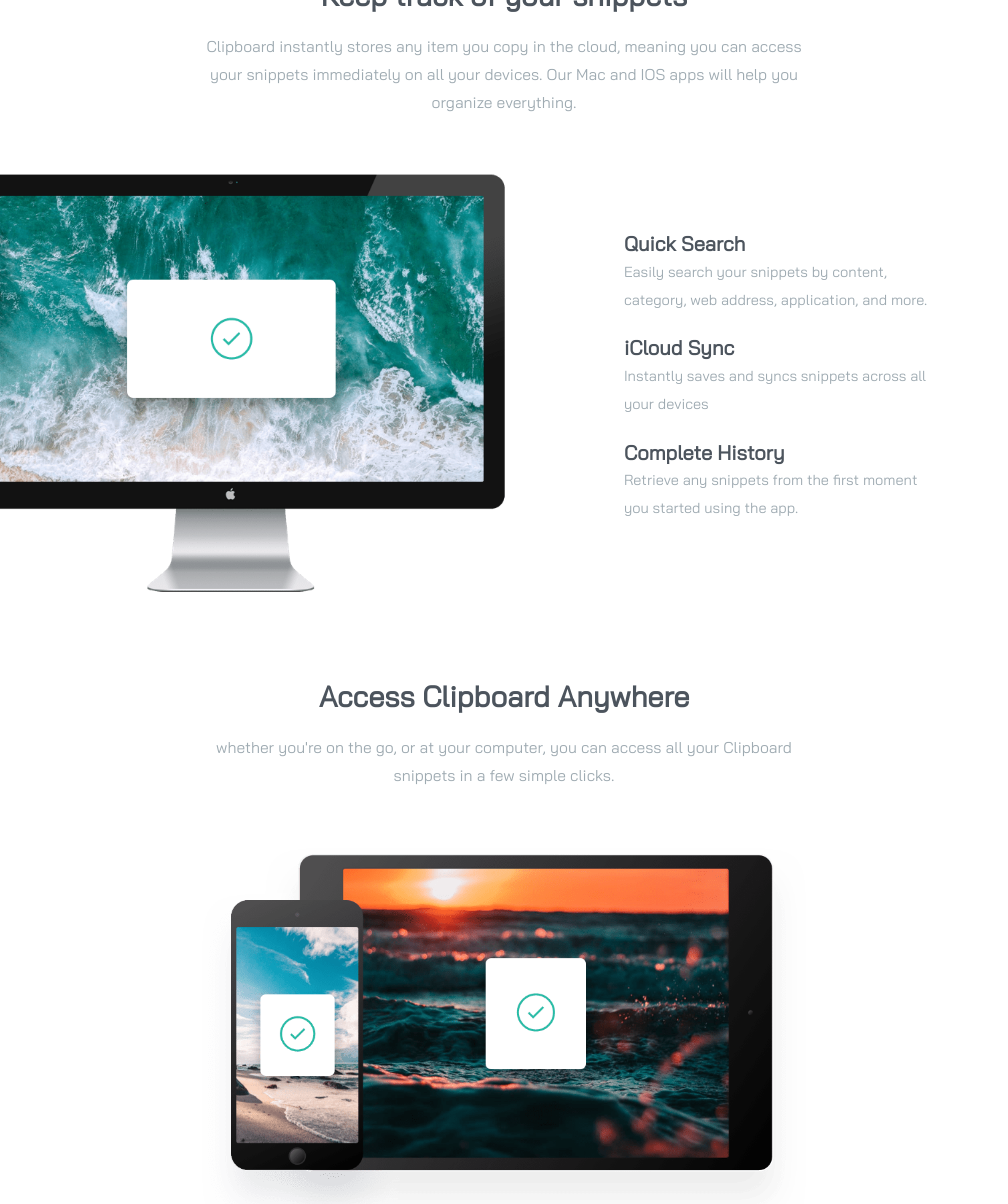
Repository: mikempho/Clipboard-landing-page
Page: index.html
An editor plug-in stored every save of this project. The page is shown before and after the next save, followed by the edit.
The browser window is 1440 px wide. The pictures show the part of the page from y = 798 to 2518 px (the page is 5197 px tall before and 5185 px after), at 70% of full size.

Above is the page before, as saved 2022-04-12 08:32:31.

### index.html
<!DOCTYPE html>
<html lang="en">
  <head>
    <meta charset="UTF-8">
    <meta name="viewport" content="width=device-width, initial-scale=1.0"> <!-- displays site properly based on user's device -->

    <link rel="icon" type="image/png" sizes="32x32" href="./images/favicon-32x32.png">
    <link rel="stylesheet" href="/css/style.css">

    <title>Frontend Mentor | Clipboard landing page</title>

  </head>
  <body>
    <header class="header">
      <img class="logo" src="/images/logo.svg" alt="">
    </header>
    <main>
      <section class="hero">
        <h1>A history of  everything you copy</h1>
        <p>Clipboard allows you to track and organize everything you copy, instantly access your clipboard on all your devices.</p>
        <div class="buttons">
          <a class="iOS-btn" href="#">Download for iOS</a>
          <a class="mac-btn" href="#">Download for Mac</a>
        </div>
      </section>
      <section class="section-1">
        <h2 class="desktop-pad">Keep track of your  snippets</h2>
        <p class="desktop-pad">Clipboard instantly stores any item you copy in the cloud, meaning you can access your snippets immediately on all your devices. Our Mac and IOS apps will help you organize everything.</p>
        <div class="features">
          <img class="feature-img" src="/images/image-computer.png" alt="desktop-screen">
          <ul class="list-of-features">
            <li>
              <h3>Quick Search</h3>
              <p>Easily search your snippets by content, category, web address, application, and more.</p>
            </li>
            <li>
              <h3>iCloud Sync</h3>
              <p>Instantly saves and syncs snippets across all your devices</p>
            </li>
            <li>
              <h3>Complete History</h3>
              <p>Retrieve any snippets from the first moment you started using the app.</p>
            </li>
          </ul>
        </div>
      </section>
      <section class="section-2">
        <h2>Access Clipboard Anywhere</h2>
        <p>whether you're on the go, or at your computer, you can access all your Clipboard snippets in a few simple clicks.</p>
        <img class="mobile-tablet-screen" src="/images/image-devices.png" alt="mobile-tablet-screen">
      </section>
      <section class="section-3">
        <h2>Supercharge your  workflow</h2>
        <p>We've got the tools to boost your productivity.</p>
        <div>
          <ul class="list-of-features">
            <li>
              <img class="feature-icons" src="/images/icon-blacklist.svg" alt="paper-img">
              <h3>Create blacklists</h3>
              <p>Ensure sensitive information never makes its way to your clipboard by excluding certain sources.</p>
            </li>
            <li>
              <img class="feature-icons" src="/images/icon-text.svg" alt="AI-logo-img">
              <h3>Plain text snippets</h3>
              <p>Remove unwanted formatting from copied text for a consistent look.</p>
            </li>
            <li>
              <img class="feature-icons" src="/images/icon-preview.svg" alt="eye-img">
              <h3>Sneak preview</h3>
              <p>Quick preview of all snippets on your Clipboard for easy access.</p>
            </li>
          </ul>
        </div>
      </section>
      <section class="section-4">
        <ul class="company-logos">
          <li><img src="/images/logo-google.png" alt="google-logo"></li>
          <li><img src="/images/logo-ibm.png" alt="IBM-logo"></li>
          <li><img src="/images/logo-microsoft.png" alt="microsoft-logo"></li>
          <li><img src="/images/logo-hp.png" alt="hewlett-packard-enterprise-logo"></li>
          <li><img src="/images/logo-vector-graphics.png" alt="vector-graphics-logo"></li>
        </ul>
      </section>
      <section class="section-5">
        <h2>Clipboard for iOS and Mac OS</h2>
        <p>Available for free on the App store. Download for Mac or iOS, sync with iCloud and you're ready to start adding to your clipboard.</p>
        <div class="buttons">
          <a class="iOS-btn" href="">Download for iOS</a>
          <a class="mac-btn" href="">Download for Mac</a>
        </div>
      </section>
    </main>

    <footer>
      <div class="footer">
        <img class="footer-logo" src="/images/logo.svg" alt="logo">
        <ul class="footer-menu">
          <li><a href="#">FAQs</a></li>
          <li><a href="#">Contact Us</a></li>
          <li><a href="#">Privacy Policy</a></li>
          <li><a href="#">Press Kit</a></li>
          <li><a href="#">Install Guide</a></li>
        </ul>
        <ul class="social-links">
          <li><a href="https://www.facebook.com" target="_blank"><img src="/images/icon-facebook.svg" alt=""></a></li>
          <li><a href="https://www.twitter.com" target="_blank"><img src="/images/icon-twitter.svg" alt=""></a></li>
          <li><a href="https://www.instagram.com" target="_blank"><img src="/images/icon-instagram.svg" alt=""></a></li>
        </ul>
      </div>
      <p class="attribution">
        Challenge by <a href="https://www.frontendmentor.io?ref=challenge" target="_blank">Frontend Mentor</a>.
        Coded by <a href="#">Mike Matseane</a>.
      </p>
    </footer>
  </body>
</html>

### css/style.css
/* Mobile styling */

/* Universal styling */
body {
    margin: 0;
    padding: 0;
    text-align: center;
    Font-size: 18px;
    font-family: Bai-Jamjuree;
    line-height: 40px;
}

* {
    list-style: none;
    text-decoration: none;
}

:root {
    /* Primary colors */
    --Strong-Cyan: hsl(171, 66%, 44%);
    --Light-Blue: hsl(233, 100%, 69%);
    /* Neutral colors */
    --Dark-Grayish-Blue: hsl(210, 10%, 33%);
    --Grayish-Blue: hsl(201, 11%, 66%);
    /* Spacing */
    --container-padding: 4%;
}

@font-face {
    font-family: Bai-Jamjuree;
    src: url(/Assets/Fonts/Bai_Jamjuree/BaiJamjuree-Regular.ttf);
}

h1, h2, h3{
    color: var(--Dark-Grayish-Blue);
}

p {
    color: var(--Grayish-Blue);
}

/* header section */

.header {
    background-image: url(/images/bg-header-mobile.png);
    background-repeat: no-repeat;
    background-size: cover;
}

.logo {
    margin: 8rem 0 5rem 0;
}

/* hero section */
.hero, .section-5{
    padding-left: var(--container-padding);
    padding-right: var(--container-padding);
    margin-bottom: 8rem;
}

.buttons{
    margin-top: 2rem;
}
.buttons a {
    display: inline-block;
    padding: 12px 15px;
    width: 92%;
    margin: 12px 0;
    color: white;
    border-radius: 50px;
    font-weight: 600;
}

.iOS-btn {
    background-color: var(--Strong-Cyan);
    box-shadow: 2px 2px 0px 1px rgba(17, 140, 122, 0.9);

}

.mac-btn {
    background-color: var(--Light-Blue);
    box-shadow: 2px 2px 0px 1px rgba(37, 58, 216, 0.81);

}

/* Section-1 */

.section-1 {
    padding-left: var(--container-padding);
    padding-right: var(--container-padding);
    margin-bottom: 8rem;
}

.feature-img, .mobile-tablet-screen {
    margin-top: 60px;
    width: 92%;
}

/* Section-2 */

.section-2 {
    padding-left: var(--container-padding);
    padding-right: var(--container-padding);    margin-bottom: 8rem;
}

/* Section-3 */
.section-3 {
    padding-left: var(--container-padding);
    padding-right: var(--container-padding);
    margin-bottom: 8rem;
}

.feature-icons {
    margin-top: 30px;
}

.list-of-features {
    margin-top: 60px;
    padding: 0%;
}

/* Section 4 */

.section-4 {
    margin-bottom: 8rem;
}

.company-logos{
    padding:0%;
}

.company-logos li {
    padding-top: 50px;
}

/* footer section */
.footer {
    background-color: rgb(244, 244, 244);
    padding-top: 60px;
}

.footer-logo {
    width: 15%;
}

.footer-menu, .social-links {
    padding: 0;
    margin-bottom: 30px;
    font-weight: 600;
}

.footer-menu li {
    padding-top: 25px;
}

.social-links {
    display: flex;
    justify-content: center;
    align-items: center;
    margin: 0%;
}

.footer-menu a {
    color: var(--Grayish-Blue);
}

.social-links li {
    padding: 10px 20px 40px 20px;
}

.attribution a {
    color: aliceblue;
}

.attribution {
    margin: 0%;
    color: aliceblue;
    background-color: var(--Dark-Grayish-Blue);
    padding: 1rem 0;
}

/* Responsive - Desktop Styling */

@media (min-width: 1440px) {
    :root {
        --desktop-container: 23%;
    }

    h1{
        font-size: 3rem;
    }

    h2 {
        font-size: 2.6rem;
    }

    h3{
        font-size: 2rem;
    }

    p {
        font-size: 1.4rem;
    }
    /* header section */
    .header {
        background-image: url(/images/bg-header-desktop.png);
    }

    /* hero section */
    .hero, .section-5 {
        padding-left: var(--desktop-container);
        padding-right: var(--desktop-container);
    }

    .buttons {
        display: flex;
        justify-content: center;
    }

    .buttons a {
        width: 20%;
        margin: 0 15px;
    }

    /* section 1 */
    .section-1 .desktop-pad {
        padding: 0 17%;
    }

    .features {
        display: flex;
        font-size: 0.1rem;
    }

    .feature-img {
        position: relative;
        right: 120px;
        width: 100%;
    }

    .list-of-features {
        text-align: left;
        margin-top: 110px;
    }

    .list-of-features h3 {
        font-size: 1.8rem;
        padding: 0%;
        margin-bottom: 0px;
    }
    .list-of-features p {
        font-size: 1.3rem;
        padding: 0%;
        margin: 0px;
    }

    .section-2 {
        padding: 0 20%;
    }

    .mobile-tablet-screen{
        width: 100%;
    }

    /* Section-3 */

    .section-3 .list-of-features {
        display: flex;
        text-align: center;
    }

    .list-of-features li {
        padding: 0 50px;
    }
}

After the next save:
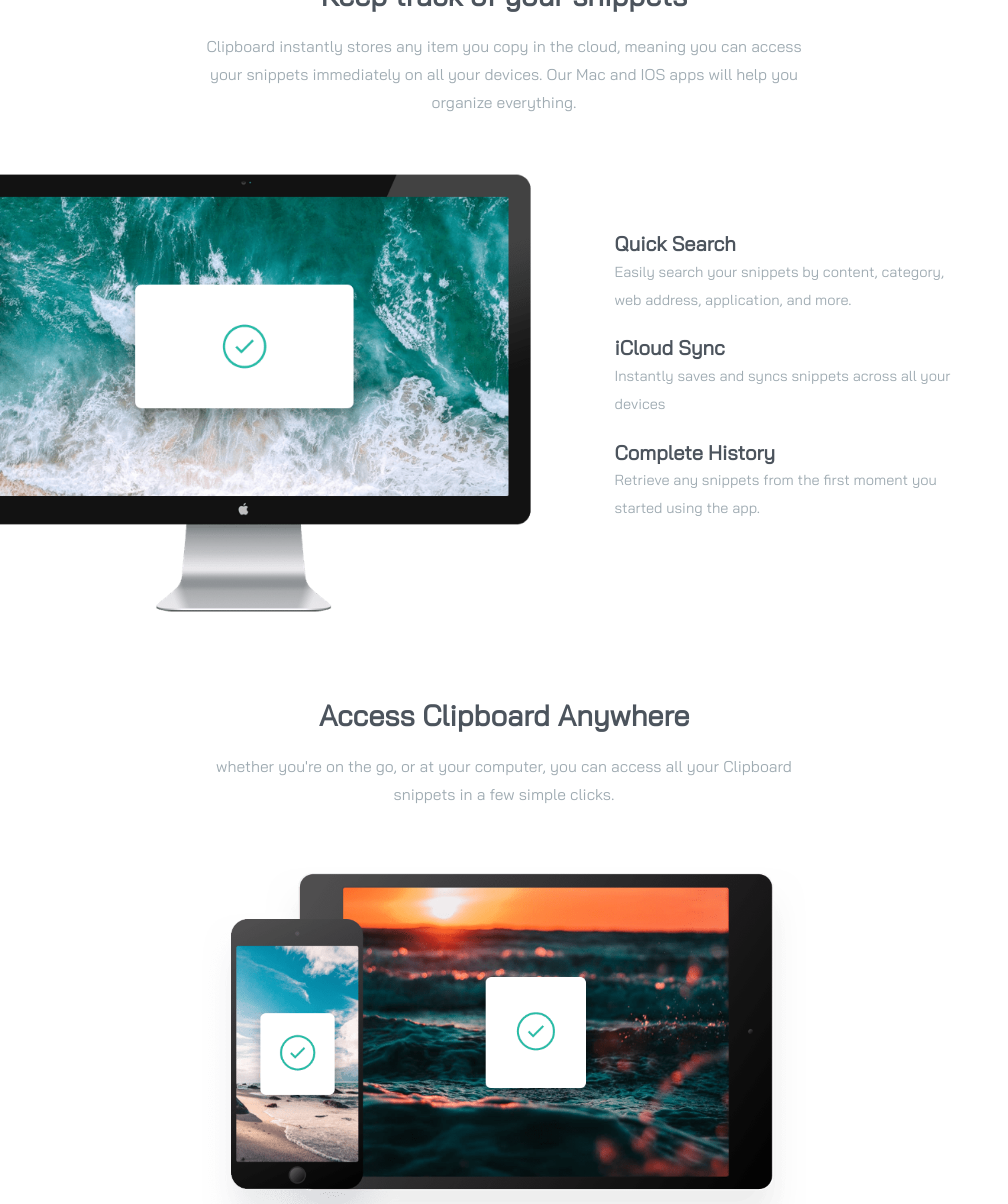
Saved 24 s later.
--- a/css/style.css
+++ b/css/style.css
@@ -270,6 +270,5 @@
     }
 
     .list-of-features li {
-        padding: 0 50px;
-    }
-}
+    }
+}
